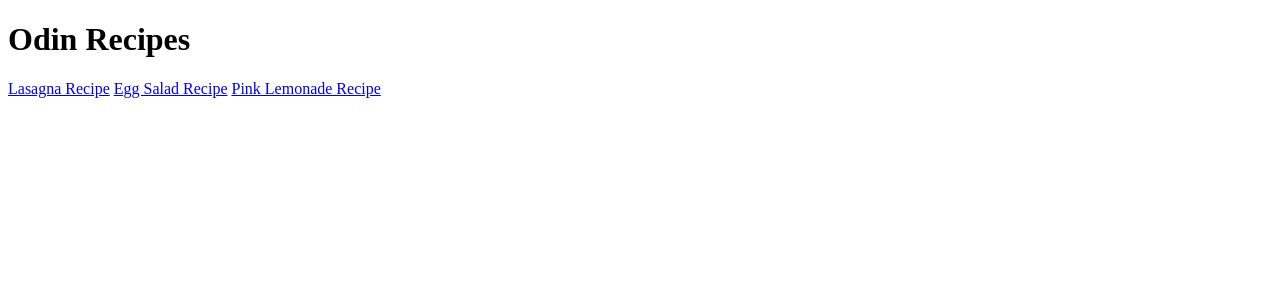
Repository: rsoetydev/odin-recipes
Page: index.html
The author's editor kept a copy of each file at every save. The page is drawn from the files as they stood at one save, then again after the next save.
The browser window is 1280 px wide. The pictures show the whole page.

Above is the page before, as saved 2023-11-25 11:30:53.

After the next save:
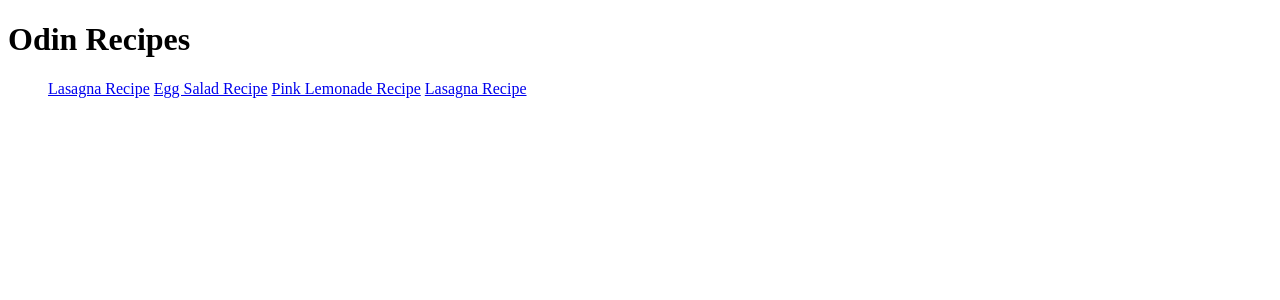
Saved 23 s later.
--- a/index.html
+++ b/index.html
@@ -7,9 +7,11 @@
 </head>
 <body>
     <h1>Odin Recipes</h1>
+    <ul>
+        <a href="recipes/lasagna.html">Lasagna Recipe</a>
+        <a href="recipes/eggsalad.html">Egg Salad Recipe</a>
+        <a href="recipes/pinklemonade.html">Pink Lemonade Recipe</a>
     <a href="recipes/lasagna.html">Lasagna Recipe</a>
-    <a href="recipes/eggsalad.html">Egg Salad Recipe</a>
-    <a href="recipes/pinklemonade.html">Pink Lemonade Recipe</a>
 
 </body>
 </html>
